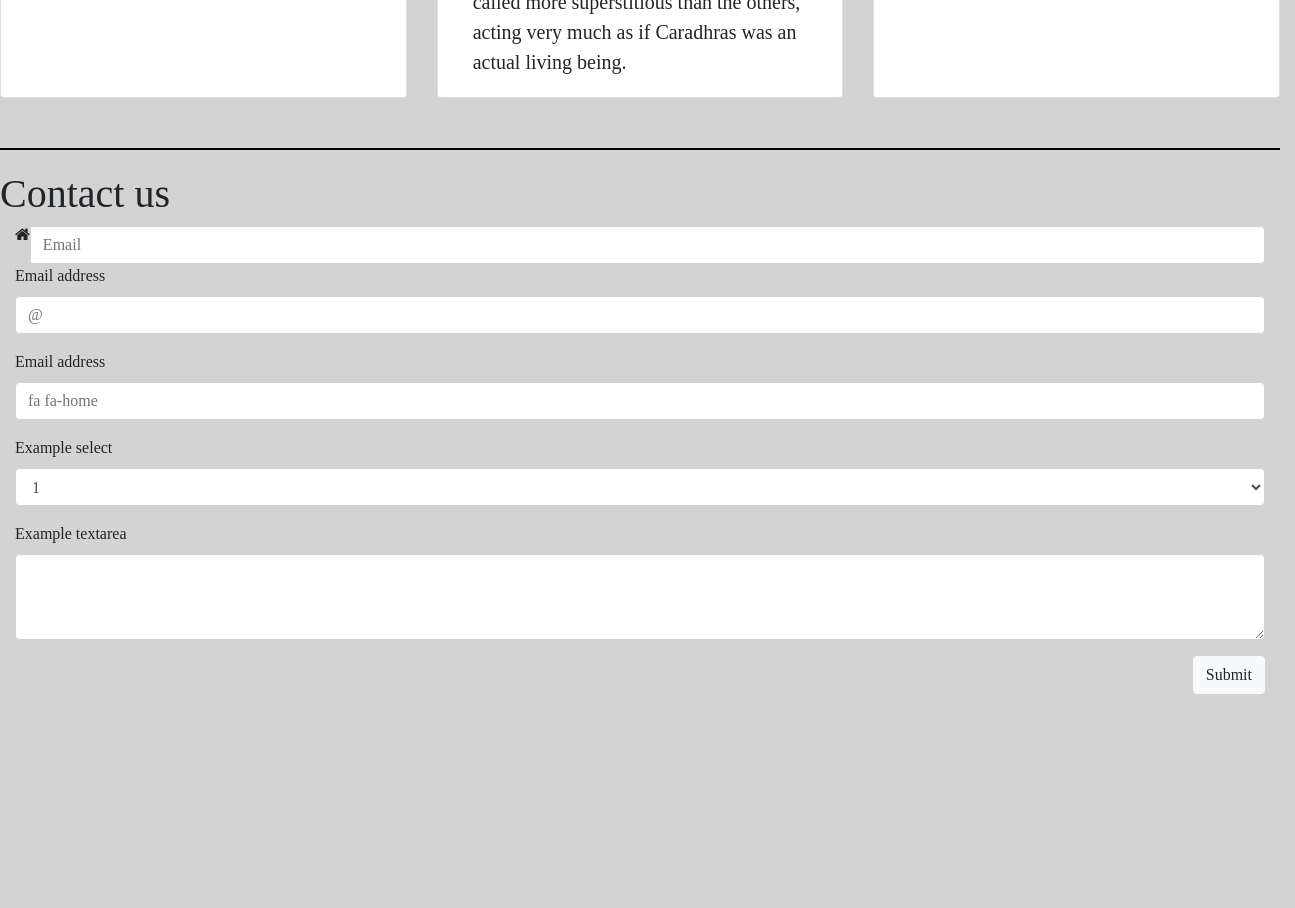
Repository: Khaleddwm/FindThePrecious
Page: index.html
These files come from the project's save history. The page is drawn as it stood at one moment and after the next save; the edit follows.
The browser window is 1280 px wide. The page is 1295 px wide, so the pictures cover 1295 px, including what lies to the right of the window. The pictures show the part of the page from y = 1762 to 2686 px (the page is 2670 px tall before and 2686 px after).
Some web fonts or font styles are not loaded; a fallback is used.

Above is the page before, as saved 2020-05-24 22:31:04.

### index.html
<!DOCTYPE html>
<html lang="en">
<head>
    <meta charset="UTF-8">
    <meta name="viewport" content="width=device-width, initial-scale=1.0">
    <title>FindThePrecious</title>
    <link href="https://fonts.googleapis.com/css2?family=Bad+Script&display=swap" rel="stylesheet">
    <!-- CSS only -->
    <link rel="stylesheet" href="https://stackpath.bootstrapcdn.com/bootstrap/4.5.0/css/bootstrap.min.css" integrity="sha384-9aIt2nRpC12Uk9gS9baDl411NQApFmC26EwAOH8WgZl5MYYxFfc+NcPb1dKGj7Sk" crossorigin="anonymous">
    <link rel="stylesheet" href="https://cdnjs.cloudflare.com/ajax/libs/font-awesome/4.7.0/css/font-awesome.min.css">
    <link rel="stylesheet" href="style.css">
    <!-- JS, Popper.js, and jQuery -->
    <script src="https://code.jquery.com/jquery-3.5.1.slim.min.js" integrity="sha384-DfXdz2htPH0lsSSs5nCTpuj/zy4C+OGpamoFVy38MVBnE+IbbVYUew+OrCXaRkfj" crossorigin="anonymous"></script>
    <script src="https://cdn.jsdelivr.net/npm/popper.js@1.16.0/dist/umd/popper.min.js" integrity="sha384-Q6E9RHvbIyZFJoft+2mJbHaEWldlvI9IOYy5n3zV9zzTtmI3UksdQRVvoxMfooAo" crossorigin="anonymous"></script>
    <script src="https://stackpath.bootstrapcdn.com/bootstrap/4.5.0/js/bootstrap.min.js" integrity="sha384-OgVRvuATP1z7JjHLkuOU7Xw704+h835Lr+6QL9UvYjZE3Ipu6Tp75j7Bh/kR0JKI" crossorigin="anonymous"></script>
</head>
<body>
    <nav class="navbar navbar-expand-sm navbar-dark bg-dark">
        <a href"index.html" class="titleNav navbar-brand">FindThePrecious.com</a>
        <button class="navbar-toggler" data-toggle="collapse" data-target="#navbarMenu">
            <span class="navbar-toggler-icon"></span>
        </button>
        <div class="collapse navbar-collapse" id="navbarMenu">
            <ul class="navbar-nav">
                <li class="nav-item">
                    <a href="#" class="nav-link">Fellows</a>
                </li>
                <li>
                    <a href="#" class="nav-link">Contact us</a>
                </li>
            </ul>
        </div>
    </nav>
    <div id="carouselControls" class="carousel slide" data-ride="carousel">
        <div class="carousel-inner">
            <div class="carousel-caption d-none d-block">
                <h1>Dangerous fellowship try to destroy the ring</h1>
                <p>Orcs, Goblins, Balrogs, protect your master Sauron !</p>
            </div>
            <div class="carousel-item active">
                <img class="d-block w-100" src="https://img.phonandroid.com/2018/04/seigneur-des-anneaux.jpg" alt="First slide">
            </div>
            <div class="carousel-item">
                <img class="d-block w-100" src="https://www.journaldugeek.com/content/uploads/2019/07/lord-of-the-rings-gollum-new-lotr-stealth-game-coming-2021-from-daedalic-entertainment-767717.jpg" alt="Second slide">
            </div>
            <div class="carousel-item">
                <img class="d-block w-100" src="https://vignette.wikia.nocookie.net/lotr/images/1/15/Gothmog_the_lord_of_balrogs_by_atohas-d8hf6ru.jpg/revision/latest?cb=20180410213854" alt="Third slide">
            </div>
        </div>
        <a class="carousel-control-prev" href="#carouselControls" role="button" data-slide="prev">
            <span class="carousel-control-prev-icon" aria-hidden="true"></span>
            <span class="sr-only">Previous</span>
        </a>
        <a class="carousel-control-next" href="#carouselControls" role="button" data-slide="next">
            <span class="carousel-control-next-icon" aria-hidden="true"></span>
            <span class="sr-only">Next</span>
        </a>
    </div>
    <div class="wanted">
        <div class="wanted-title">
            <h1>Fellows wanted dead (or alive if you want to eat them later)</h1>
        </div>
        <div class="card-deck">
            <div class="card col-xs-12 col-md-4">
                <img src="https://kr4v3n.github.io/Sauron/img/gandalf.png" class="card-img-top" alt="Gandalf">
                <div class="living card-img-overlay">
                    <h2>Reward 1000 gold coins</h2>
                </div>
                <div class="card-body">
                    <h2 class="card-title">Gandalf</h2>
                    <p class="card-text">
                        Gandalf was shorter in stature than the other two; but his long white hair,
                        his sweeping silver beard, and his broad shoulders, made him look like some wise king of ancient legend.
                        In his aged face under great snowy brows his eyes were set like coals that could suddenly burst into fire.
                    </p>
                </div>
            </div>
            <div class="card col-xs-12 col-md-4">
                <img src="https://kr4v3n.github.io/Sauron/img/gimli.png" class="card-img-top" alt="Gimli">
                <div class="dead card-img-overlay">
                    <h2>DEAD</h2>
                </div>
                <div class="card-body">
                    <h2 class="card-title">Gimli</h2>
                    <p class="card-text">
                        Gimli throughout the War showed perhaps the greatest open contempt for Sauron and his minions, save possibly Boromir.
                        He was a grim character, for the most part, laughing only occasionally and, though in a few rare situations inspiring amusement,
                        never joking. Due to his comments especially during the initial stage of the journey, he may be called more superstitious than the others,
                        acting very much as if Caradhras was an actual living being.
                    </p>
                </div>
            </div>
            <div class="card col-xs-12 col-md-4">
                <img src="https://kr4v3n.github.io/Sauron/img/aragorn.png" class="card-img-top" alt="Aragorn">
                <div class="living card-img-overlay">
                    <h2>Reward 250 gold coins</h2>
                </div>
                <div class="card-body">
                    <h2 class="card-title">Aragorn</h2>
                    <p class="card-text">
                        An artist's conception of Aragorn at The Prancing Pony Tolkien gives
                        a brief but detailed description of him in The Lord of the Rings: lean, dark, tall, with
                        "a shaggy head of dark hair flecked with grey, and in a pale stern face a pair of keen grey eyes."
                    </p>
                </div>
            </div>
        </div>
    </div>
    <div class="form">
        <h1>Contact us</h1>
        <form class="container-fluid">
            <div class="input-group">
                <i class="fa fa-home"></i>
                <input id="email" type="text" class="form-control" name="email" placeholder="Email">
            </div>
            <div class="form-group">
                <label for="email">Email address</label>
                <input type="email" class="form-control" id="email" placeholder="@">
            </div>
            <div class="form-group">
                <label for="email">Email address</label>
                <input type="email" class="form-control" id="email" placeholder="fa fa-home">
            </div>
            <div class="form-group">
                <label for="select">Example select</label>
                <select class="form-control" id="select">
                    <option>1</option>
                    <option>2</option>
                    <option>3</option>
                    <option>4</option>
                    <option>5</option>
                </select>
            </div>
            <div class="form-group">
                <label for="textarea">Example textarea</label>
                <textarea class="form-control" id="textarea" rows="3"></textarea>
            </div>
            <div class="form-group">
                <input type="submit" class="btn btn-light" id="submit" value="Submit">
            </div>
        </form>
    </div>
</body>
</html>

### style.css
body {
    font-family: 'Bad Script', cursive;
    background-color: lightgrey;
    margin-bottom: 100px;
}

#navbarMenu, .titleNav {
    font-size: 30px;
}

.navbar {
    overflow: hidden;
    position: fixed; /* Set the navbar to fixed position */
    top: 0; /* Position the navbar at the top of the page */
    width: 100%; /* Full width */
    z-index: 1000;
}

/* Change background on mouse-over */
#navbarMenu a:hover {
    background: lightgray;
    color: black;
}

#carouselControls {
    margin-top: 60px;
}

p {
    font-size: 20px;
}

img {
    width: auto;
    height: 600px;
}

.wanted-title {
    text-align: center;
    margin: 50px;
}
/* hover for living */
.living h2 {
    background-color: lightgray;
}

.living {
    opacity: 0;
}

.living:hover {
    opacity: 1;
    text-align: center;
}

/* hover for dead */
.dead {
    opacity: 0;
}

.dead:hover {
    opacity: 1;
    text-align: center;
    background-color: lightgray;
}

#submit {
    float: right;
}

.form {
    margin-top: 50px;
    border-top: 2px solid black;
}

.form h1 {
    margin-top: 20px;
}

After the next save:
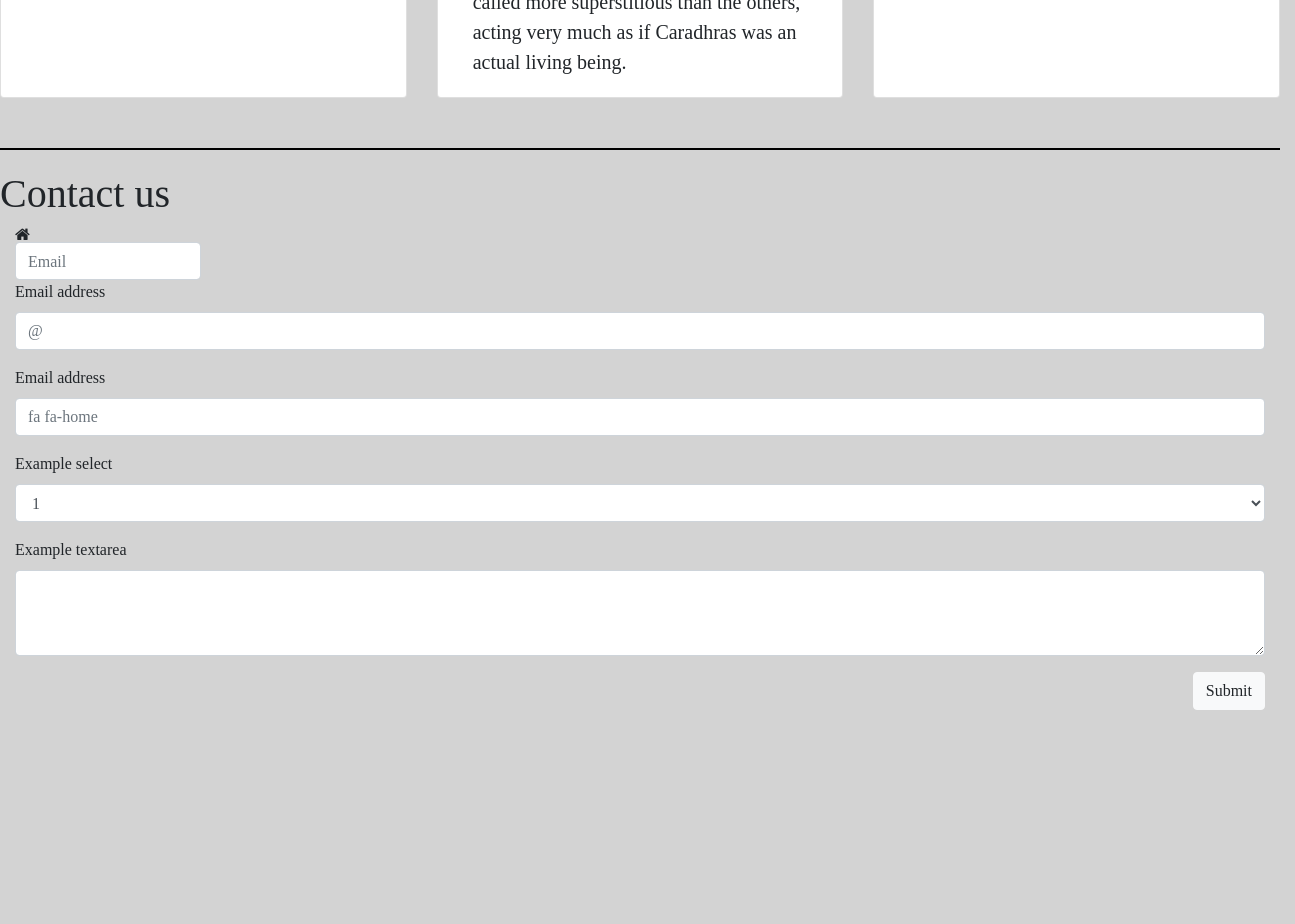
Saved 24 s later.
--- a/index.html
+++ b/index.html
@@ -110,9 +110,10 @@
         <h1>Contact us</h1>
         <form class="container-fluid">
             <div class="input-group">
-                <i class="fa fa-home"></i>
+                <i class="fa fa-home">
                 <input id="email" type="text" class="form-control" name="email" placeholder="Email">
-            </div>
+            </i>
+        </div>
             <div class="form-group">
                 <label for="email">Email address</label>
                 <input type="email" class="form-control" id="email" placeholder="@">
